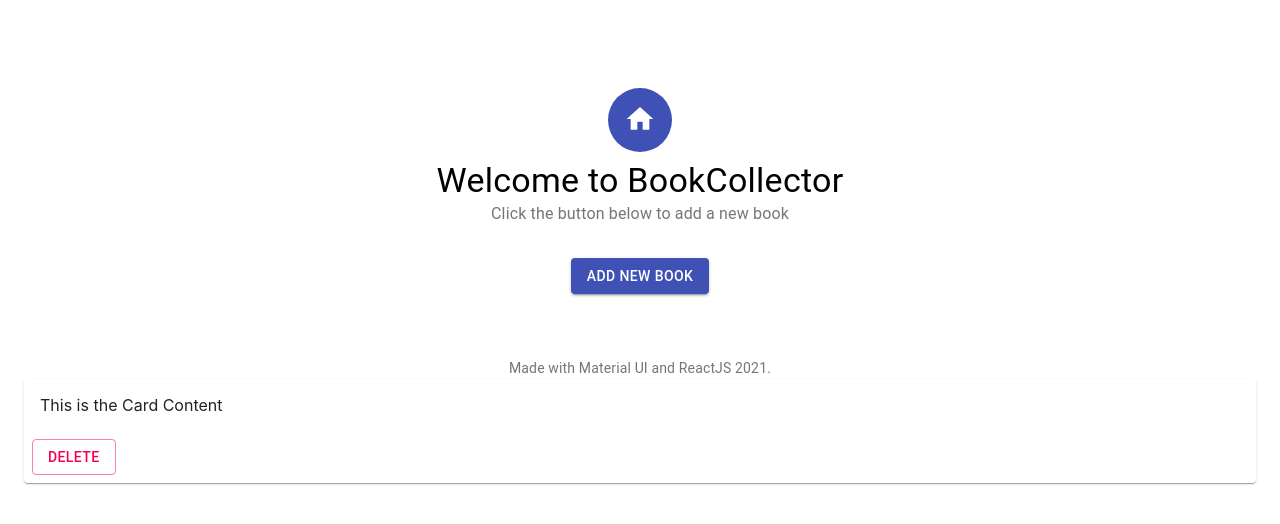
Repository: Colo-Codes/mini-project-react-book-collector
Page: /
These files come from the project's save history. The page is drawn as it stood at one moment and after the next save; the edit follows.
The browser window is 1280 px wide. The pictures show the whole page.
The project was rebuilt for these pictures with package versions that can differ from the ones it lists, and the page was loaded fresh each time. Also part of the build but not shown: src/Books/AddBookForm.js.

Above is the page before, as saved 2021-08-25 08:40:51.

After the next save:
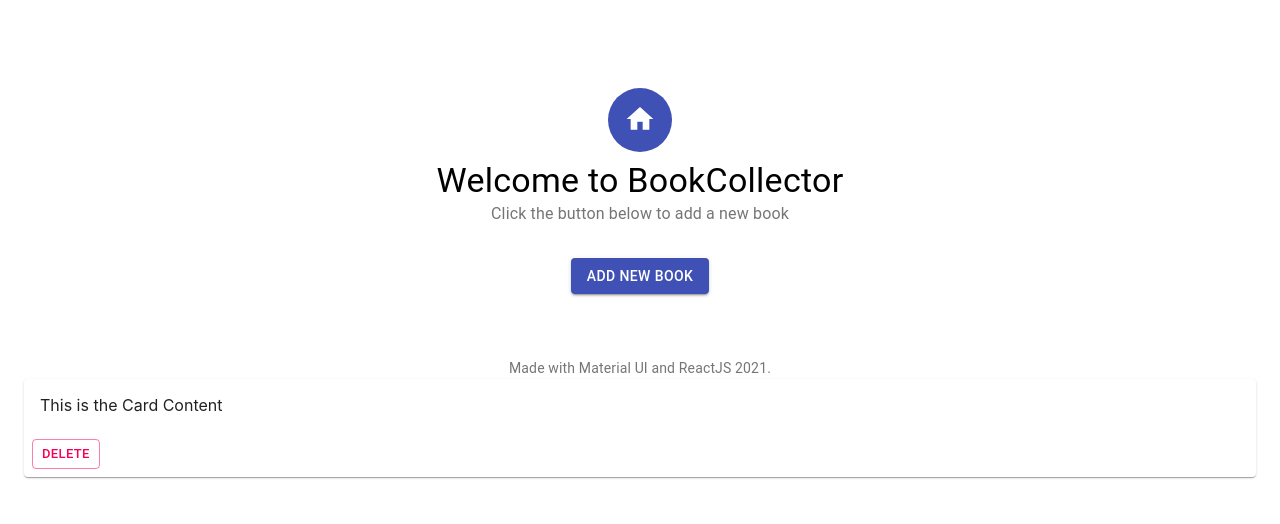
Saved 4 s later.
--- a/src/App.js
+++ b/src/App.js
@@ -52,7 +52,7 @@ function App() {
                 This is the Card Content
               </CardContent>
               <CardActions>
-                <Button variant="outlined" color="secondary">
+                <Button variant="outlined" size="small" color="secondary">
                   Delete
                 </Button>
               </CardActions>
